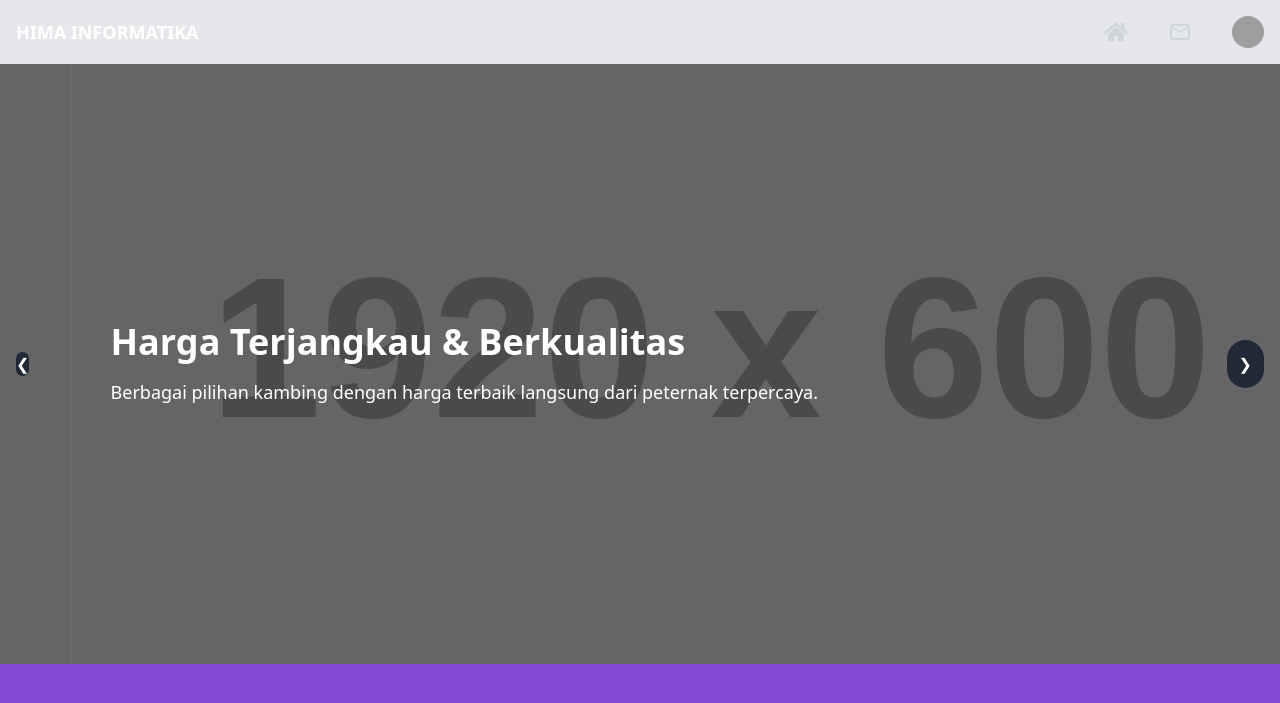
Repository: MUHAMADTEGARWIJAYA/himaif
Page: /
An editor plug-in stored every save of this project. The page is shown before and after the next save, followed by the edit.
The browser window is 1280 px wide. The pictures show the whole page.
Pictures or frames that could not be fetched are drawn as grey boxes. The project was rebuilt for these pictures with package versions that can differ from the ones it lists, and the page was loaded fresh each time. Also part of the build but not shown: vite.config.js.

Above is the page before, as saved 2024-12-21 11:11:54.

After the next save:
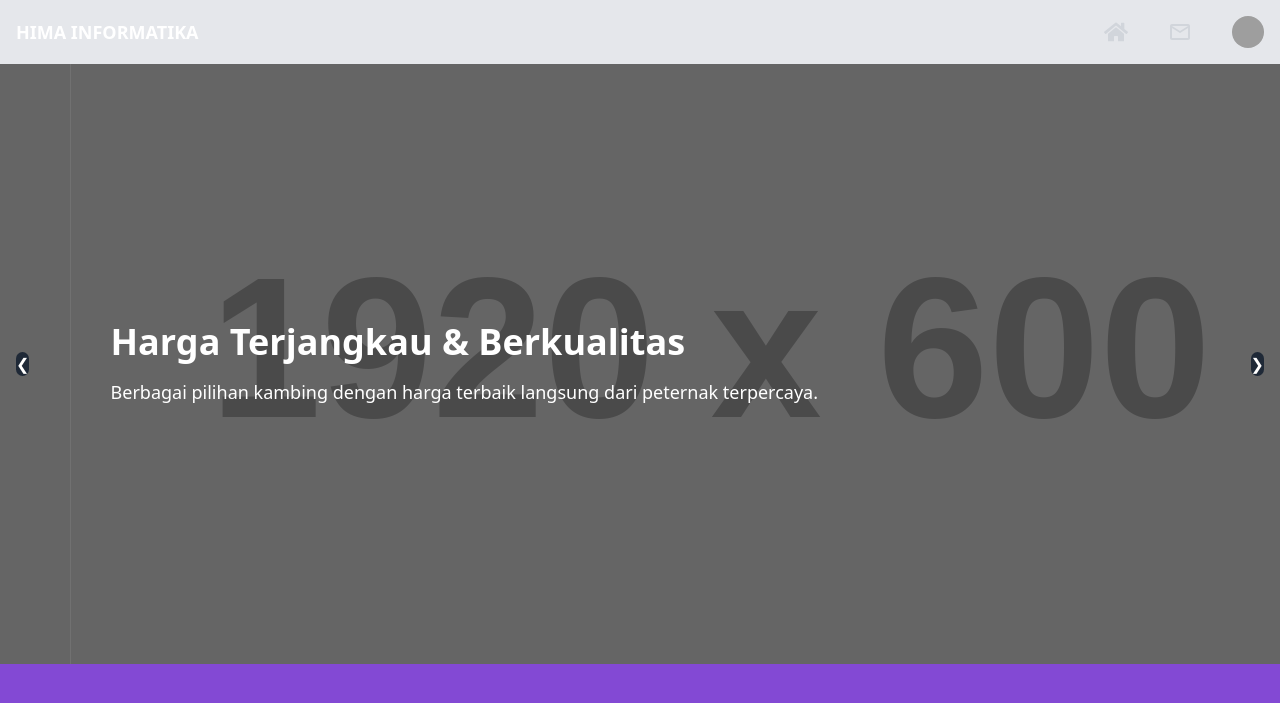
Saved 6 s later.
--- a/src/pages/Content.jsx
+++ b/src/pages/Content.jsx
@@ -75,7 +75,7 @@ const Slider = () => {
       </button>
       <button
         onClick={nextSlide}
-        className="absolute top-1/2 right-4 -translate-y-1/2 bg-gray-800 text-white rounded-full p-3"
+        className="absolute top-1/2 right-4 -translate-y-1/2 bg-gray-800 text-white rounded-full"
       >
         &#10095;
       </button>
